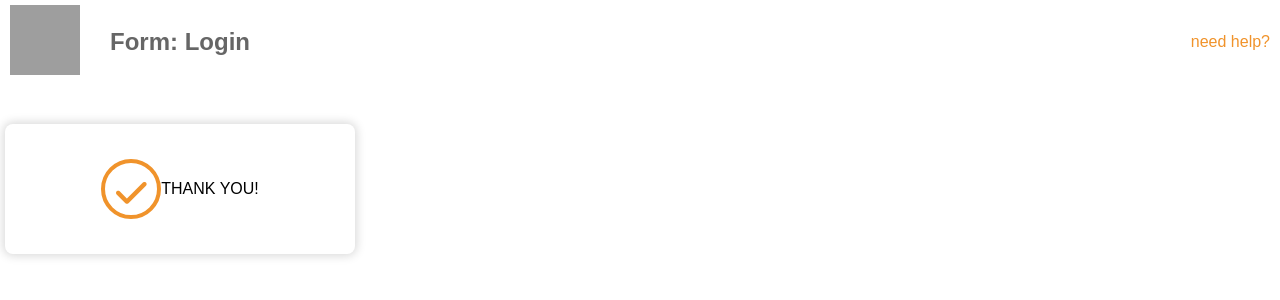
Repository: NguyenDucHung20002/project-homev1
Page: checkout/checkout.html
These files come from the project's save history. The page is drawn as it stood at one moment and after the next save; the edit follows.
The browser window is 1280 px wide. The pictures show the whole page.
Pictures or frames that could not be fetched are drawn as grey boxes. The style sheet was rebuilt from its Sass, Less or Tailwind sources for each picture, by a compiler version that may differ from the author's.

Above is the page before, as saved 2022-09-20 09:24:23.

After the next save:
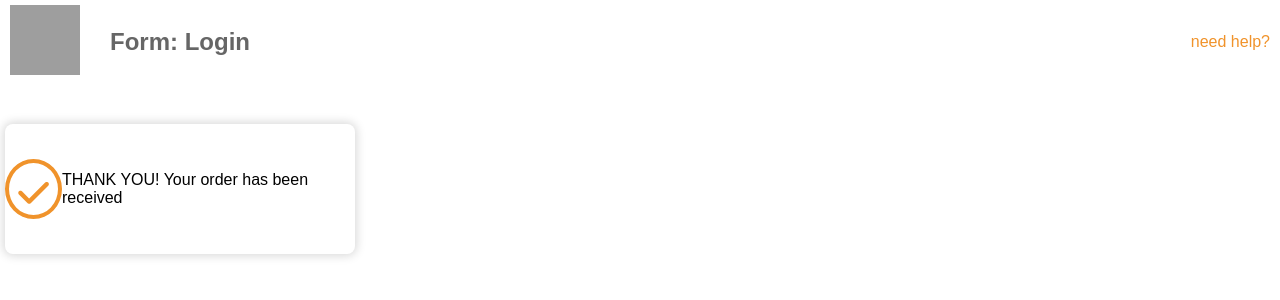
Saved 12 s later.
--- a/checkout/checkout.html
+++ b/checkout/checkout.html
@@ -35,6 +35,7 @@
                 <i class="fa-solid fa-check"></i>
                 <div class="title">
                     <span>THANK YOU!</span>
+                    <span>Your order has been received</span>
                 </div>
             </div>
         </div>
